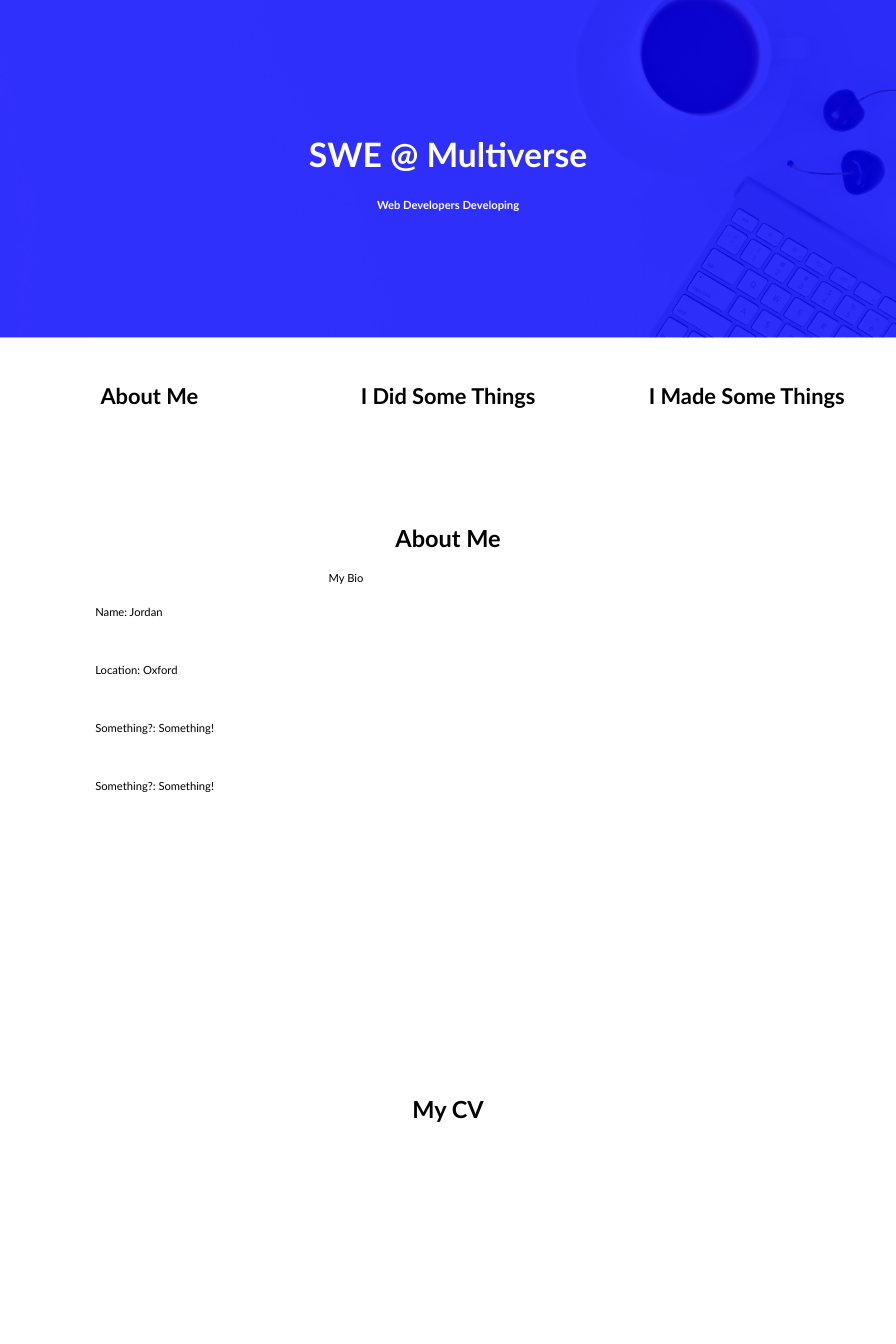
Repository: Scoofster/SWE-Flying-start-bio-website
Page: public/index.html
These files come from the project's save history. The page is drawn as it stood at one moment and after the next save; the edit follows.
The browser window is 1280 px wide. The pictures show the part of the page from y = 0 to 1920 px (the page is 3167 px tall), at 70% of full size.

Above is the page before, as saved 2022-06-16 15:37:30.

After the next save:
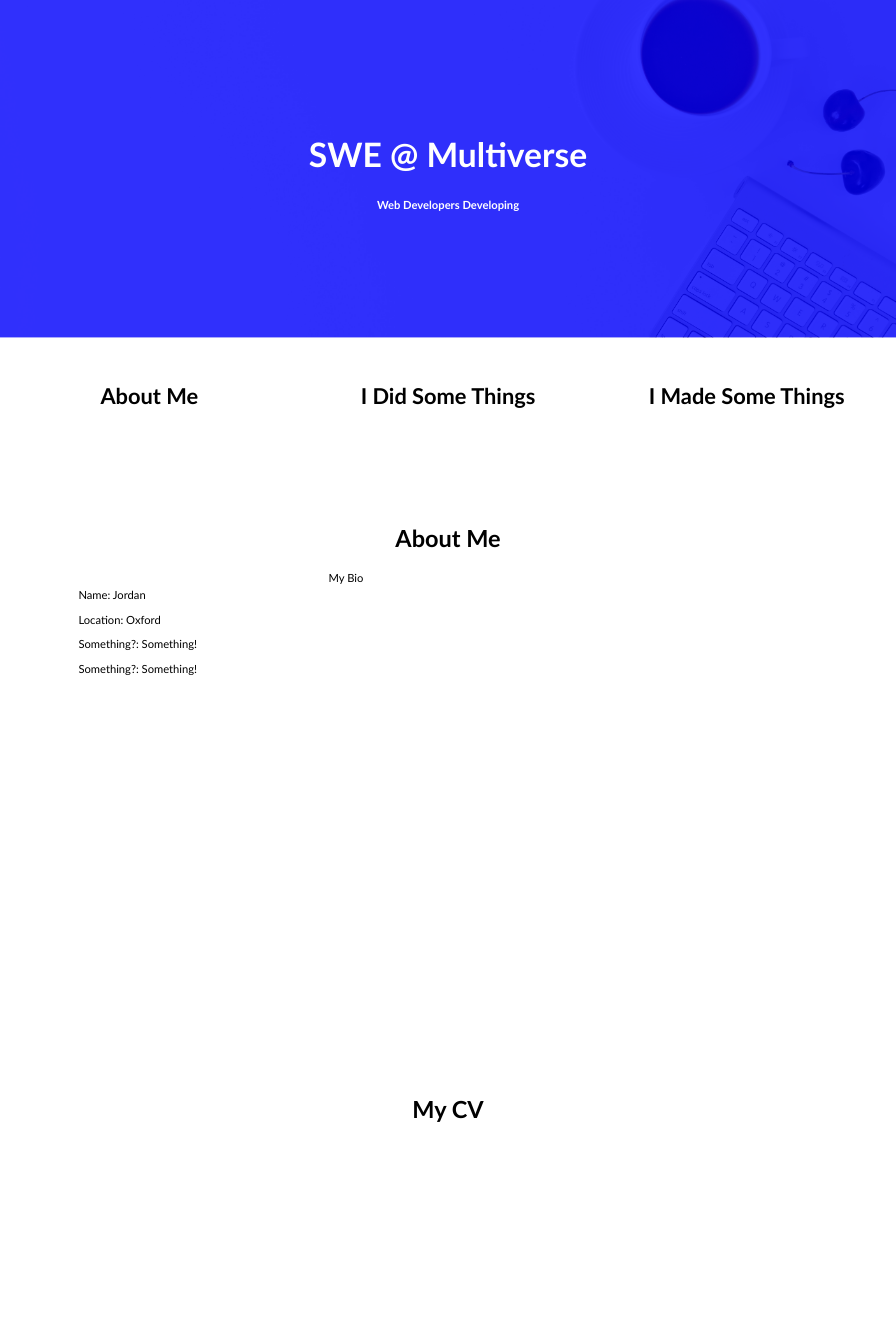
Saved 35 s later.
--- a/public/index.css
+++ b/public/index.css
@@ -65,7 +65,7 @@
   }
   #personal-info > ul > li{
     list-style-type: none;
-    padding: 2rem;
+    padding: 0.5rem;
   }
 
 
